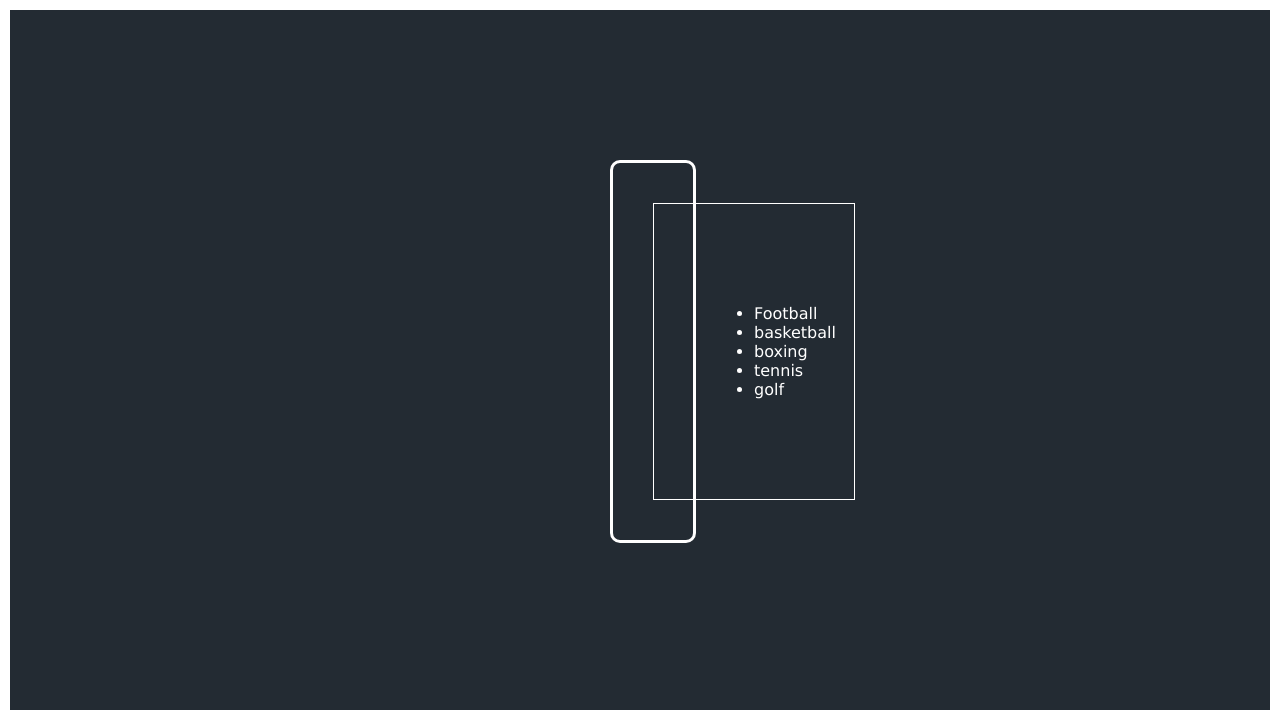
Repository: wakoya-tech/react-project
Page: Desktop/shaakala/aschu/index.html
These files come from the project's save history. The page is drawn as it stood at one moment and after the next save; the edit follows.
The browser window is 1280 px wide. The pictures show the whole page.

Above is the page before, as saved 2025-08-29 20:24:04.

### Desktop/shaakala/aschu/index.html
<!DOCTYPE html>
<html lang="en">
<head>
    <meta charset="UTF-8">
    <meta name="viewport" content="width=device-width, initial-scale=1.0">
    <title>Document</title>
</head>
<style>
    *{
        box-sizing: border-box;
        margin: 0;
        padding: 0;
    }
    body {
        background-color: rgb(35, 43, 51);
      border: 10px solid white;
      margin: 0;
      padding: 0;
      height: 100vh;
    }
    .container{
        font-family: Verdana, Geneva, Tahoma, sans-serif;
        color: white;
        background: none;
        align-content: center;
        text-align: center;
        justify-content: center;

        border: 3px solid white;
        margin: 150px 600px 150px 600px;
        padding: 40px;
        border-radius: 10px;
    }
    .lists {
        border: 1px solid white;
        align-content: center;
        text-align: center;
        padding: 100px;

    }

</style>
<body>
    <div class="container">
        <ul class="lists">
            <li class="list-items">Football</li>
            <li class="list-items">basketball</li>
            <li class="list-items">boxing</li>
            <li class="list-items">tennis</li>
            <li class="list-items">golf</li>
        </ul>
    </div>
</body>
</html>

After the next save:
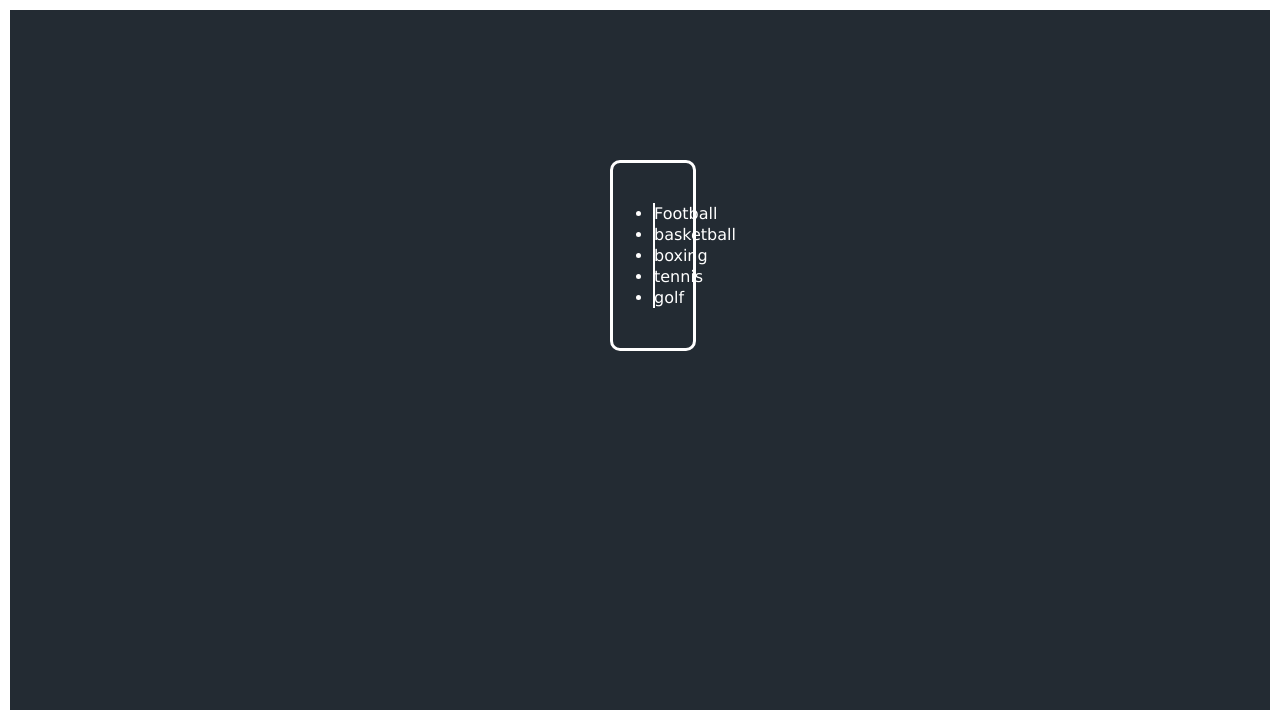
Saved 5 min 33 s later.
--- a/Desktop/shaakala/aschu/index.html
+++ b/Desktop/shaakala/aschu/index.html
@@ -32,13 +32,15 @@
         border-radius: 10px;
     }
     .lists {
-        border: 1px solid white;
+
         align-content: center;
         text-align: center;
-        padding: 100px;
+
 
     }
-
+.list-items{
+     border: 1px solid white;
+}
 </style>
 <body>
     <div class="container">
